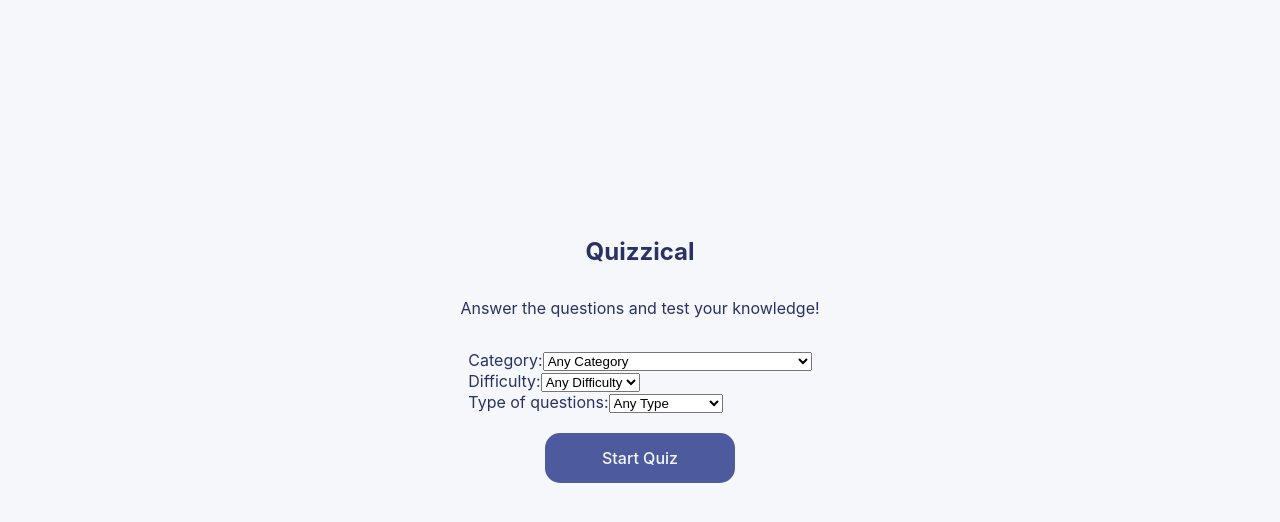
Repository: alexandruvisan19/Quizzical
Page: /
These files come from the project's save history. The page is drawn as it stood at one moment and after the next save; the edit follows.
The browser window is 1280 px wide. The pictures show the whole page.
The project was rebuilt for these pictures with package versions that can differ from the ones it lists, and the page was loaded fresh each time. Also part of the build but not shown: src/components/QuestionsAndAnswers/QuestionsAndAnswers.css, src/components/Question/Question.css, src/components/Question/Question.tsx, src/services/getQuestions.tsx, src/components/QuestionsAndAnswers/QuestionsAndAnswers.tsx.

Above is the page before, as saved 2022-08-04 08:52:32.

After the next save:
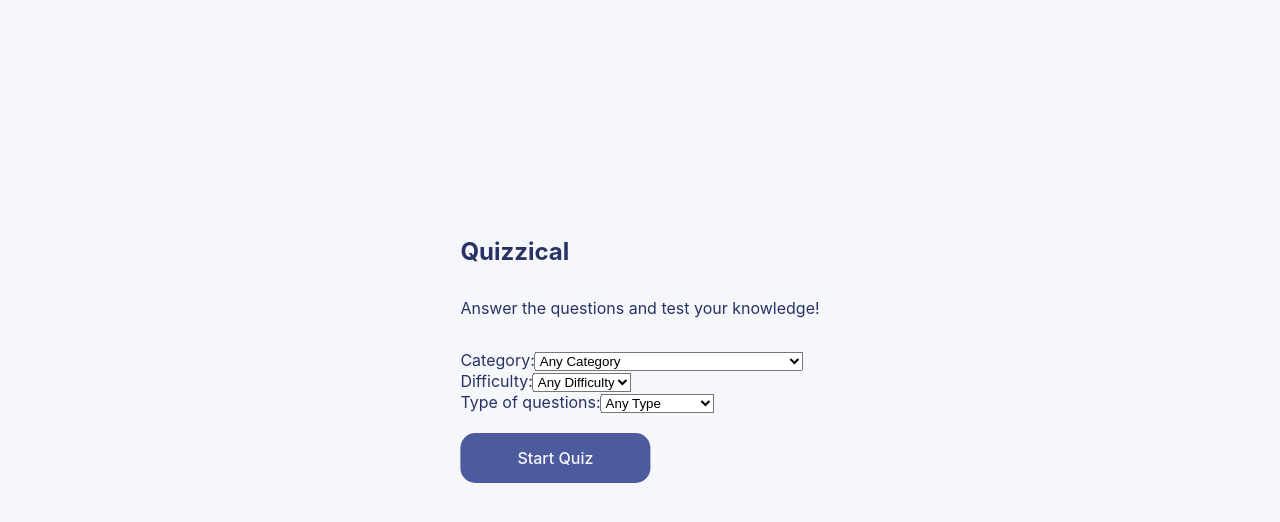
Saved 41 s later.
--- a/src/App.css
+++ b/src/App.css
@@ -1,9 +1,8 @@
 .game-intro {
-	height: 100vh;
-	display: flex;
-	flex-direction: column;
-	justify-content: center;
-	align-items: center;
+	position: absolute;
+	top: 50%;
+	left: 50%;
+	transform: translate(-50%, -50%);
 	padding: 0 15px;
 }
 
